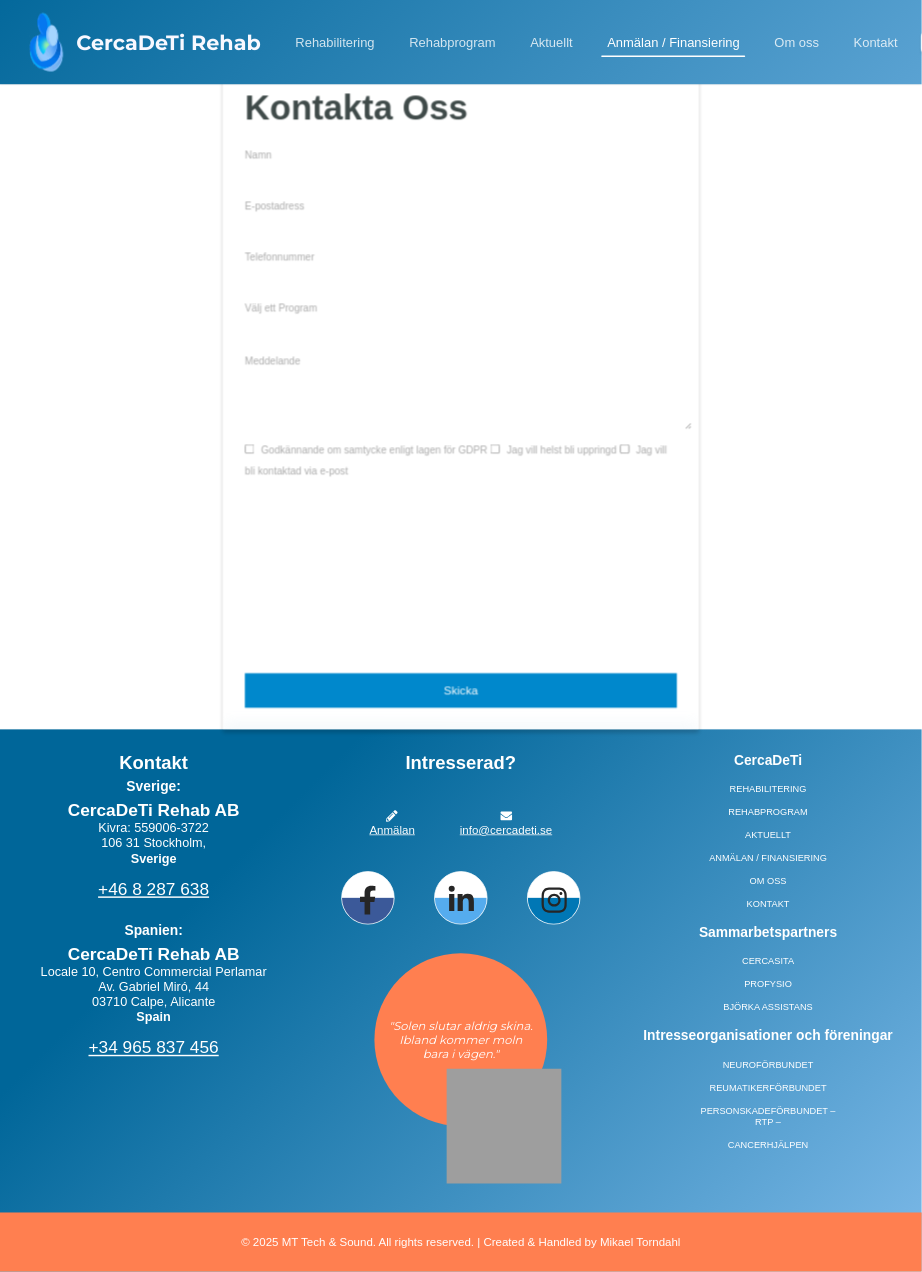
Repository: micketorndahl/CercaDeTi-rehab
Page: anmalan-form.html
These files come from the project's save history. The page is drawn as it stood at one moment and after the next save; the edit follows.
The browser window is 1280 px wide. The pictures show the whole page, at 72% of full size.
Pictures or frames that could not be fetched are drawn as grey boxes. The page's requests for data from a server got no answer. Some web fonts or font styles are not loaded; a fallback is used. Some web libraries are served in a nearby version.

Above is the page before, as saved 2025-02-01 18:27:22.
Console error: TypeError: Cannot read properties of null (reading 'addEventListener')

After the next save:
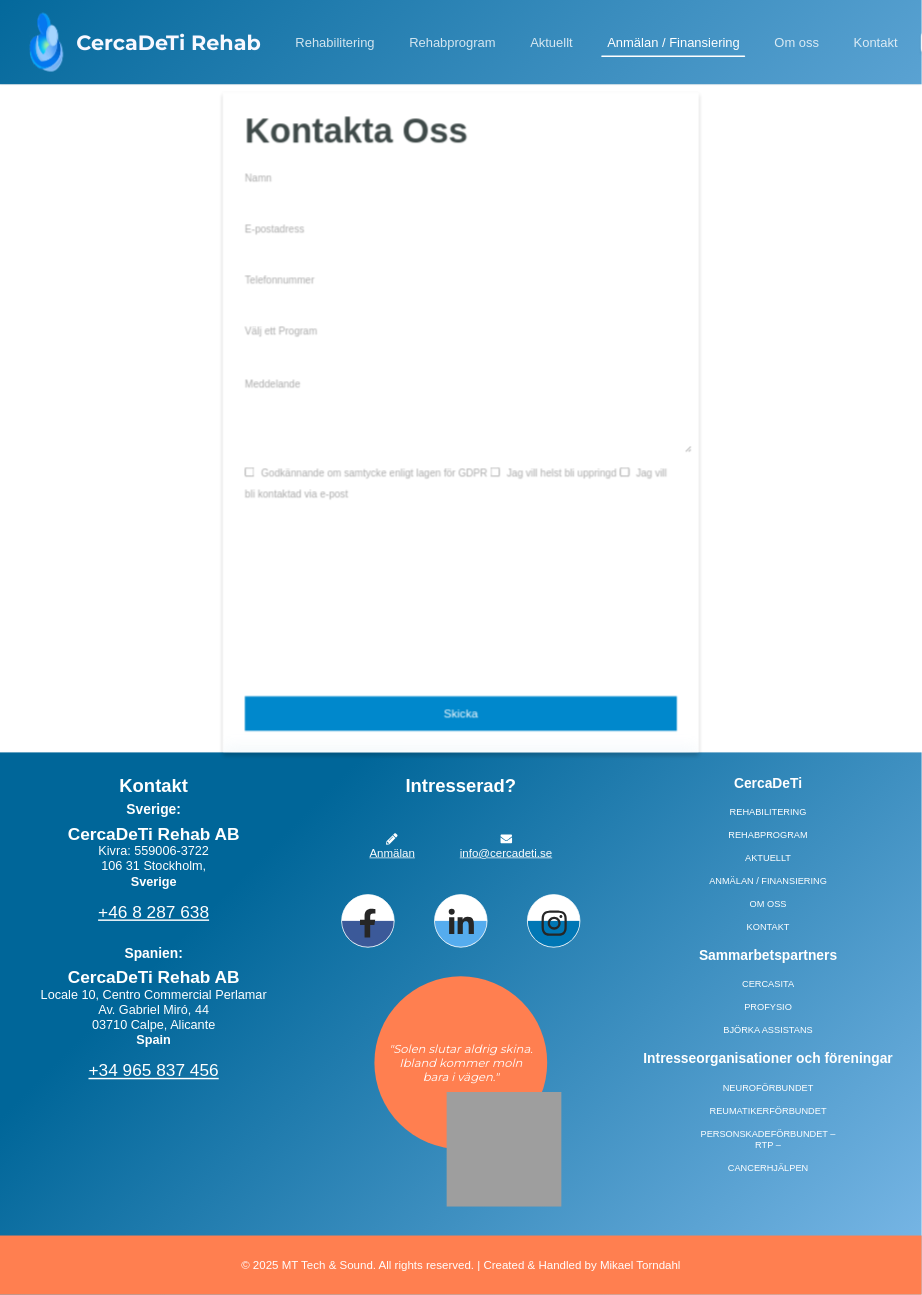
Saved 10 s later.
--- a/css/layout.css
+++ b/css/layout.css
@@ -288,7 +288,7 @@
 .form-container {
   background: rgba(255, 255, 255, 0.1);
   backdrop-filter: blur(10px);
-  margin-top: 6rem;
+  margin-top: 8rem;
   padding: 30px;
   border-radius: var(--border-radius);
   width: 100%;
